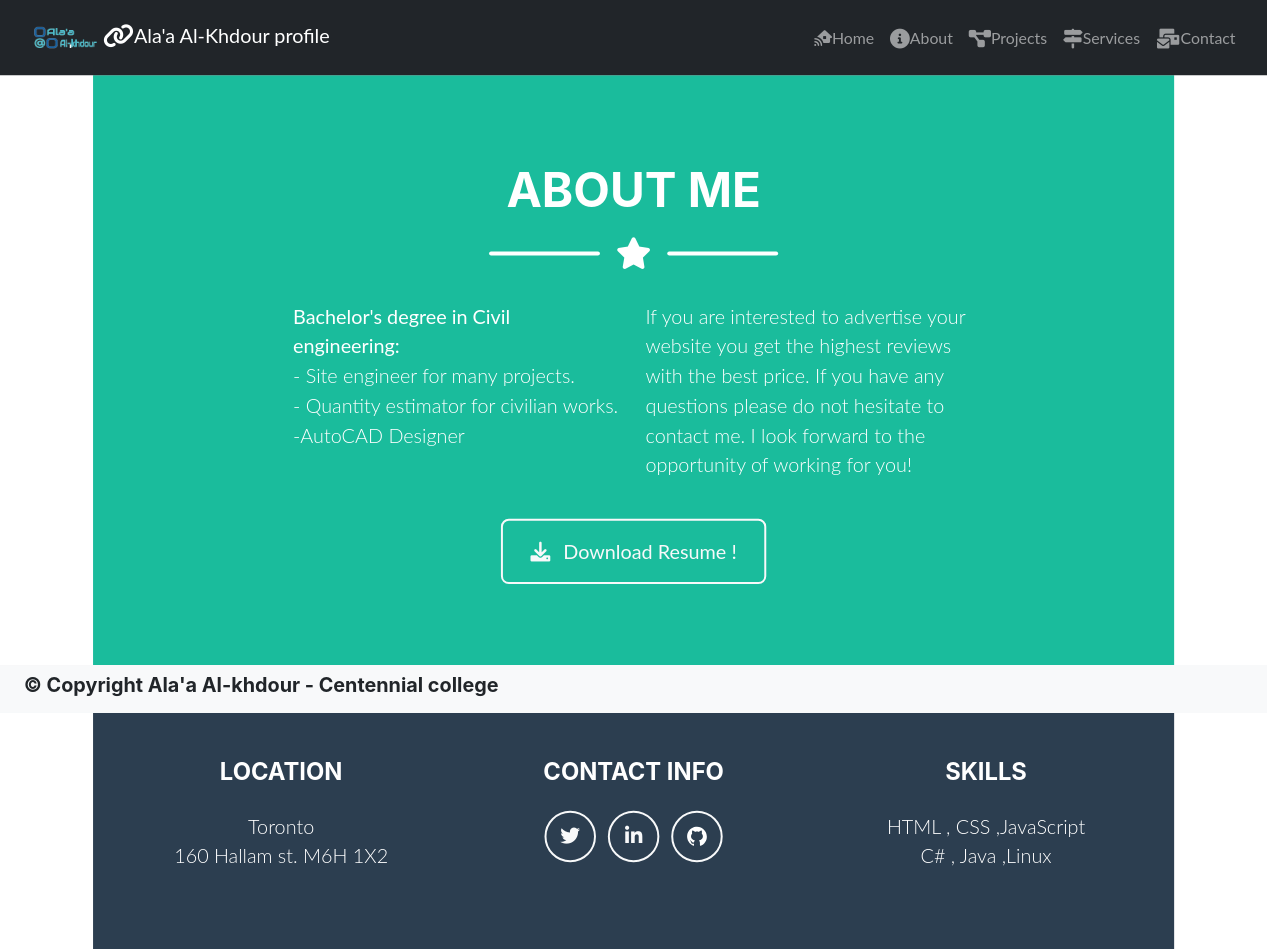
Repository: alaakhdour/heroukulivesite-section1
Page: http://localhost/about
The author's editor kept a copy of each file at every save. The page is drawn from the files as they stood at one save, then again after the next save.
The browser window is 1280 px wide. The pictures show the whole page, at 99% of full size.
The page is served by the project's Node server (server.js).

Above is the page before, as saved 2022-06-18 04:16:42.

After the next save:
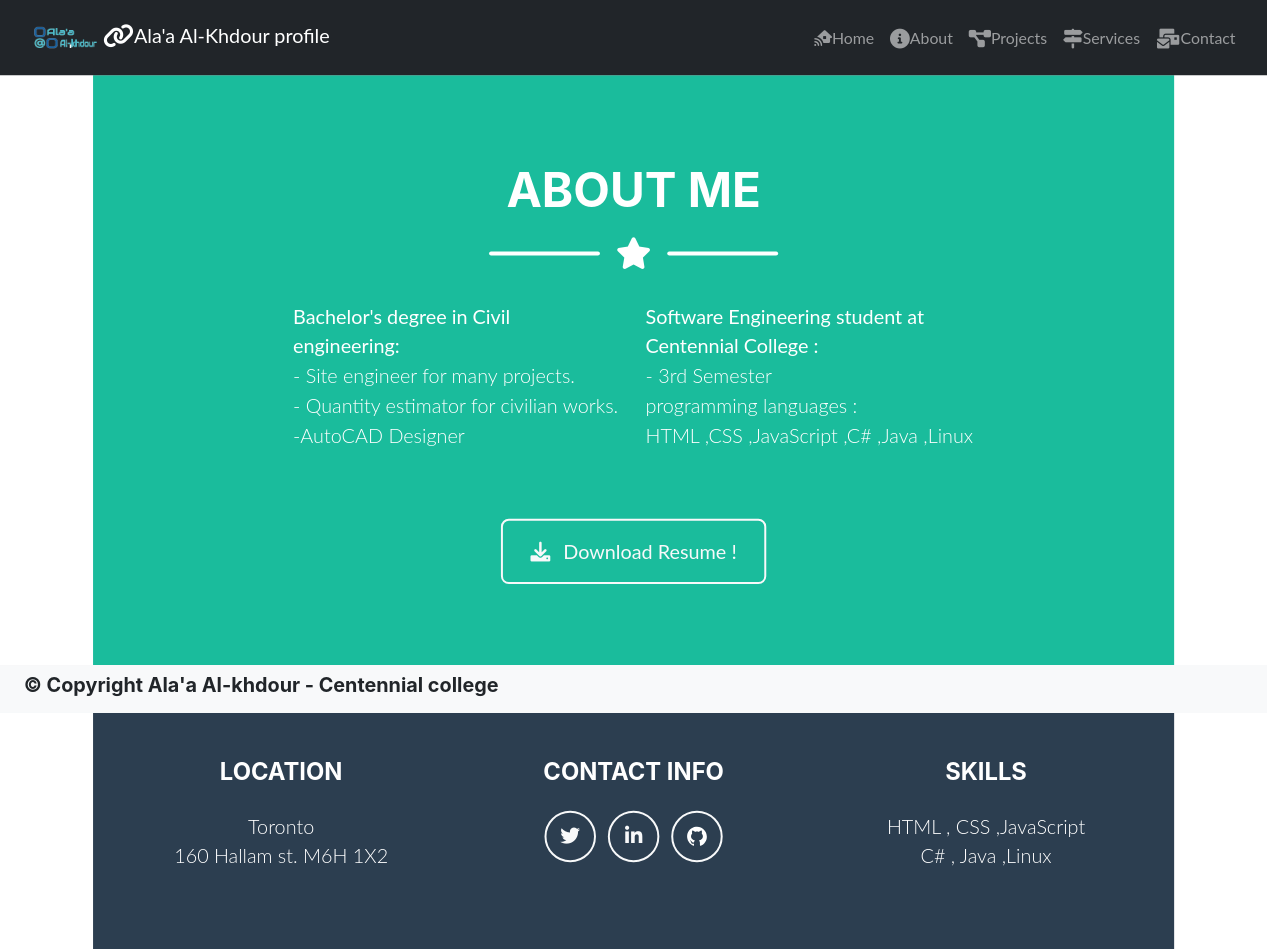
Saved 44 s later.
--- a/Server/Views/content/about.ejs
+++ b/Server/Views/content/about.ejs
@@ -18,7 +18,11 @@
                     - Site engineer for many projects.<br>
                     - Quantity estimator for civilian works.<br>
                     -AutoCAD Designer<br><br> </p></div>
-                <div class="col-lg-4 me-auto"><p class="lead">If you are interested to advertise your website you get the highest reviews with the best price. If you have any questions please do not hesitate to contact me. I look forward to the opportunity of working for you!</p></div>
+                <div class="col-lg-4 me-auto"><p class="lead"><b>Software Engineering student at Centennial College :<br></b>
+                    - 3rd Semester <br>
+                    programming languages : <br>
+                    HTML ,CSS ,JavaScript
+                     ,C# ,Java ,Linux<br></p></div>
             </div>
             <!-- About Section Button-->
             <div class="text-center mt-4">
